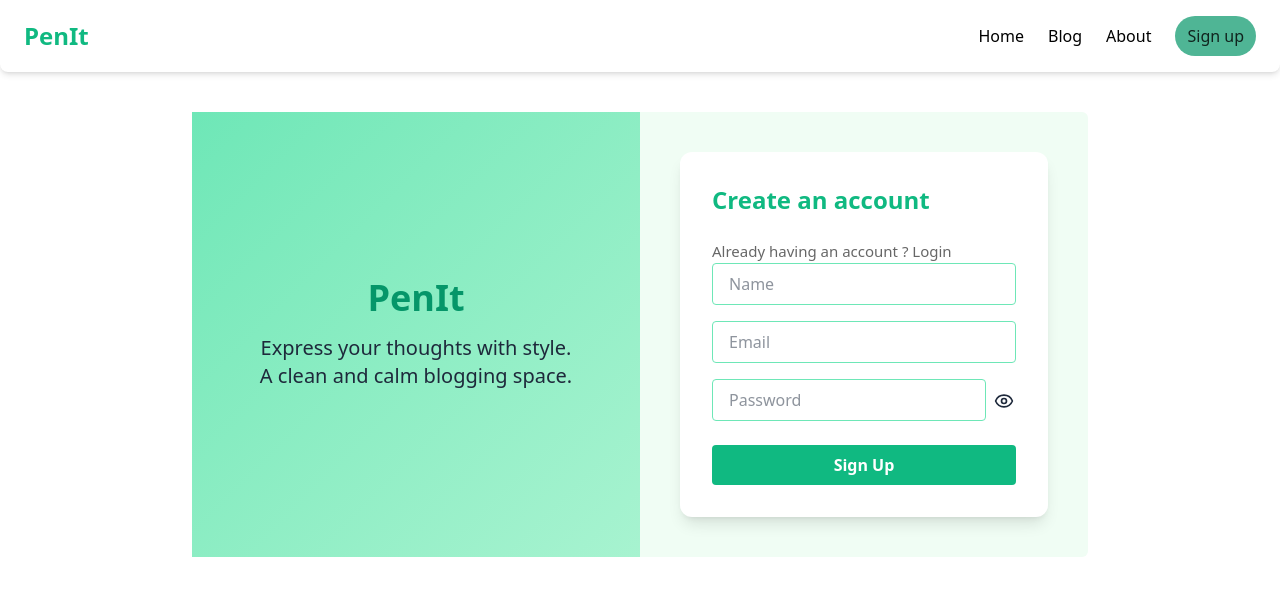
Repository: Mounika-chukkala/PenIt
Page: /signup (app in frontend/)
The author's editor kept a copy of each file at every save. The page is drawn from the files as they stood at one save, then again after the next save.
The browser window is 1280 px wide. The pictures show the whole page.
The project was rebuilt for these pictures with package versions that can differ from the ones it lists, and the page was loaded fresh each time. Also part of the build but not shown: frontend/vite.config.js, frontend/src/Pages/Login.jsx, frontend/src/components/CreateBlog.jsx.

Above is the page before, as saved 2025-05-20 18:21:42.

### frontend/src/main.jsx
import { StrictMode } from 'react'
import { createRoot } from 'react-dom/client'
import './index.css'
import { Toaster } from 'react-hot-toast'
// import {BrowserRouter} from "react-router-dom"
import { BrowserRouter } from 'react-router-dom'
import App from './App.jsx'

createRoot(document.getElementById('root')).render(
  <StrictMode>
    <BrowserRouter>

    <App />
    </BrowserRouter>
  </StrictMode>,
)

### frontend/src/index.css
@import "tailwindcss";


/* :root {
  font-family: system-ui, Avenir, Helvetica, Arial, sans-serif;
  line-height: 1.5;
   font-weight: 400;

  color-scheme: light dark;
  color: rgba(255, 255, 255, 0.87);
  background-color: #242424;

  font-synthesis: none;
  text-rendering: optimizeLegibility;
  -webkit-font-smoothing: antialiased;
  -moz-osx-font-smoothing: grayscale;
}

a {
  font-weight: 500;
  color: #646cff;
  text-decoration: inherit;
}
a:hover {
  color: #535bf2;
}

body {
  margin: 0;
  display: flex;
  place-items: center;
  min-width: 320px;
  min-height: 100vh;
}

h1 {
  font-size: 3.2em;
  line-height: 1.1;
}

button {
  border-radius: 8px;
  border: 1px solid transparent;
  padding: 0.6em 1.2em;
  font-size: 1em;
  font-weight: 500;
  font-family: inherit;
  background-color: #1a1a1a;
  cursor: pointer;
  transition: border-color 0.25s;
}
button:hover {
  border-color: #646cff;
}
button:focus,
button:focus-visible {
  outline: 4px auto -webkit-focus-ring-color;
}

@media (prefers-color-scheme: light) {
  :root {
    color: #213547;
    background-color: #ffffff;
  }
  a:hover {
    color: #747bff;
  }
  button {
    background-color: #f9f9f9;
  }
} */

### frontend/src/App.jsx
import { useState } from 'react'
import { Route, Routes } from 'react-router-dom'
// import './App.css'
import Login from './Pages/Login'
import Signup from './Pages/Signup'
// import Navbar from './components/Navbar'
import Layout from "./Pages/Layout"
import CreateBlog from './components/CreateBlog'
function App() {

  return (
  <Routes>
    <Route path="/" element={<Layout/>}>
        <Route path="/signin" element={<Login/>}></Route>
    <Route path="/signup" element={<Signup/>}></Route>
    <Route path="/create-blog" element={<CreateBlog/>}></Route>
    {/* <Route path="/search-blog" element={}></Route> */}
    {/* <Route path="*" element={}></Route> */}
    </Route>

  </Routes>
  )
}

export default App

### frontend/src/Pages/Signup.jsx
import { useState } from "react";
import { Eye,EyeOff } from "lucide-react";
import toast from "react-hot-toast";
import { Link } from "react-router-dom";
function Signup() {
  const [userData, setUserData] = useState({
    name: "",
    email: "",
    password: "",
  });
const [isVisible,setVisible]=useState(false)
  async function handleSubmit() {
    console.log("hello")
    let data = await fetch("http://localhost:3000/api/v1/signup", {
      method: "POST",
      body: JSON.stringify(userData),
      headers: {
        "Content-Type": "application/json",
      },
    });

    let res = await data.json();
    console.log(res)
alert(res.message)
    if(!res.success){
        toast.error(res.message);

    }
    else{
        toast.success(res.message);
        localStorage.setItem("User",JSON.stringify(res.user));
    }
  }

  return (
        <div className="max-h-screen max-w-[70%] rounded-md m-auto mt-10 flex bg-[#F0FDF4] text-[#1E293B]">
      {/* Left side visual placeholder */}
      <div className="w-1/2 flex flex-col justify-center items-center p-10 bg-gradient-to-br from-[#6EE7B7] to-[#A7F3D0]">
        <h1 className="text-4xl font-bold text-[#059669] mb-4">PenIt</h1>
        <p className="text-xl text-[#1E293B] text-center">
          Express your thoughts with style.<br /> A clean and calm blogging space.
        </p>
      </div>

      {/* Right side sign up form */}
      <div className="w-1/2 flex justify-center items-center p-10">
        <div className="bg-white p-8 rounded-xl shadow-lg w-full max-w-md">
          <h2 className="text-2xl font-bold mb-6 text-[#10B981]">Create an account</h2>

<p className="text-[15px] text-black/60">Already having an account ? <Link to="/login">Login</Link></p>
          <input
            className="w-full mb-4 px-4 py-2 border border-[#6EE7B7] rounded focus:outline-none focus:ring-2 focus:ring-[#10B981]"
            type="text"
            placeholder="Name"
            onChange={(e) => setUserData({ ...userData, name: e.target.value })}
          />
          <input
            className="w-full mb-4 px-4 py-2 border border-[#6EE7B7] rounded focus:outline-none focus:ring-2 focus:ring-[#10B981]"
            type="email"
            placeholder="Email"
            onChange={(e) => setUserData({ ...userData, email: e.target.value })}
          />
          {/* <input
            className="w-full mb-6 px-4 py-2 border border-[#6EE7B7] rounded focus:outline-none focus:ring-2 focus:ring-[#10B981]"
            type="password"
            placeholder="Password"
            onChange={(e) => setUserData({ ...userData, password: e.target.value })}
          /> */}

                            <div className="w-full flex gap-2">
                       <input
                        className="w-[90%] mb-6 px-4 py-2 border border-[#6EE7B7] rounded focus:outline-none focus:ring-2 focus:ring-[#10B981]"
                        type={isVisible?"text":"password" }
                        placeholder="Password"
                        onChange={(e) => setUserData({ ...userData, password: e.target.value })}
                      />
                       <div  className="pt-3" onClick={()=>setVisible(!isVisible)}>
             {isVisible ? <EyeOff size={20} /> : <Eye size={20} />}
                       </div>
                       </div>
          <button
            onClick={handleSubmit}
            className="w-full bg-[#10B981] hover:bg-[#059669] text-white py-2 rounded font-semibold transition duration-200"
          >
            Sign Up
          </button>
        </div>
      </div>
    </div>

  );
}

export default Signup;

### frontend/src/Pages/Layout.jsx
import { Outlet } from 'react-router-dom'
import Navbar from '../components/Navbar'

export default function Layout() {
  return (
    <>
      <Navbar />
      <Outlet />
    </>
  )
}

### frontend/src/components/Navbar.jsx
import React, { useEffect, useState } from "react";
import { Link } from "react-router-dom";

export default function Navbar() {
  const [isLogged, setLogged] = useState(false);
  const item = localStorage.getItem("User");
  useEffect(()=>{
  if (item!=null) {
    setLogged(true);
  }
},isLogged)
  return (
    <nav className="bg-white shadow-md px-6 py-4 flex justify-between items-center rounded-b-lg">
      <h1 className="text-2xl font-bold text-[#10B981]">PenIt</h1>
      <ul className="flex space-x-6 font-medium">
        <li className="hover:text-[#059669] pt-2 cursor-pointer">Home</li>
        <li className="hover:text-[#059669] pt-2 cursor-pointer">Blog</li>
        <li className="hover:text-[#059669] pt-2 cursor-pointer">About</li>
        <Link to="/signup">
        <li className="bg-[#059669]/70 rounded-3xl px-3 py-2 text-black/80 transform hover:scale-120 transition duration-300 ease-in-out  hover:text-white cursor-pointer">
{isLogged?"Log out":"Sign up"}
          </li>
        </Link>
      </ul>
    </nav>
  );
}

Loaded but not shown: frontend/index.html (common file)

After the next save:
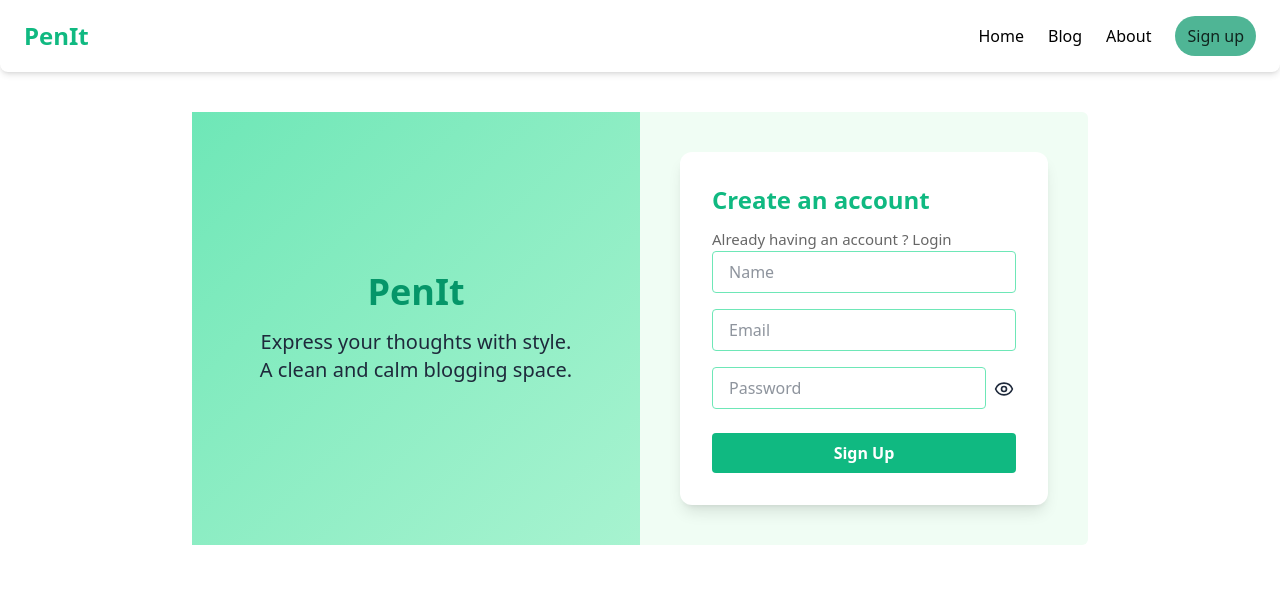
Saved 7 s later.
--- a/frontend/src/Pages/Signup.jsx
+++ b/frontend/src/Pages/Signup.jsx
@@ -45,7 +45,7 @@ alert(res.message)
       {/* Right side sign up form */}
       <div className="w-1/2 flex justify-center items-center p-10">
         <div className="bg-white p-8 rounded-xl shadow-lg w-full max-w-md">
-          <h2 className="text-2xl font-bold mb-6 text-[#10B981]">Create an account</h2>
+          <h2 className="text-2xl font-bold mb-3 text-[#10B981]">Create an account</h2>
 
 <p className="text-[15px] text-black/60">Already having an account ? <Link to="/login">Login</Link></p>
           <input
